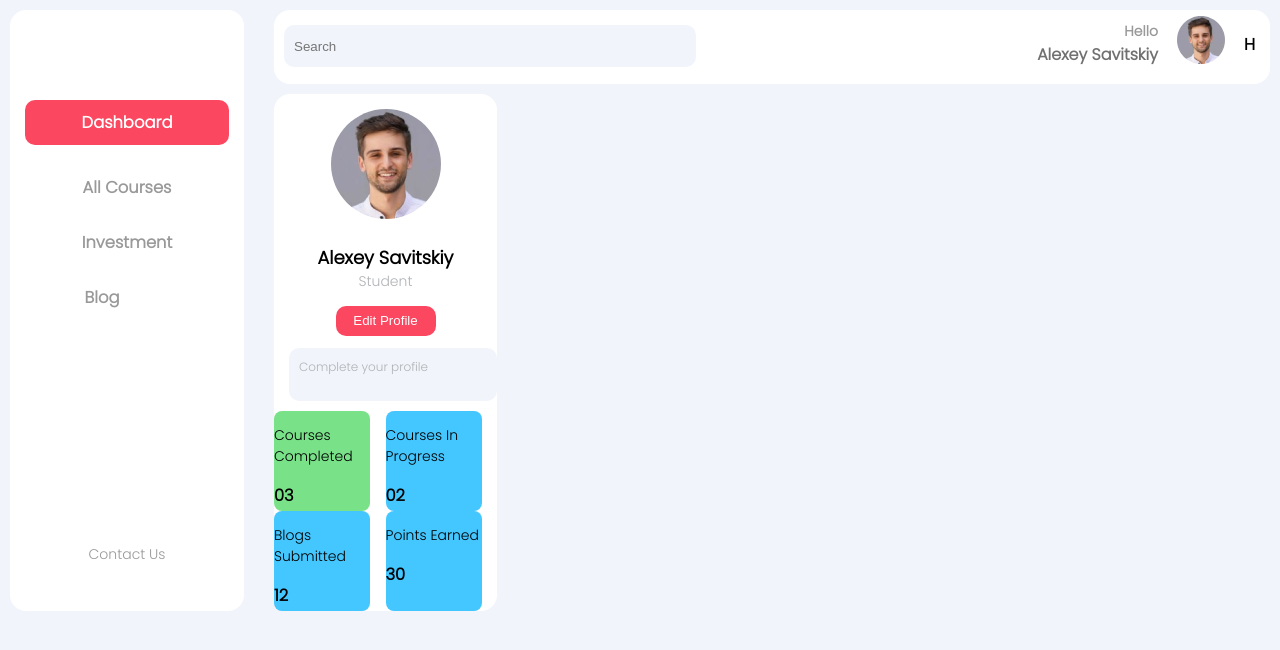
Repository: Anuruddha00/dashboard-design
Page: /
An editor plug-in stored every save of this project. The page is shown before and after the next save, followed by the edit.
The browser window is 1280 px wide. The pictures show the whole page.
The project was rebuilt for these pictures with package versions that can differ from the ones it lists, and the page was loaded fresh each time.

Above is the page before, as saved 2021-05-07 14:00:48.

After the next save:
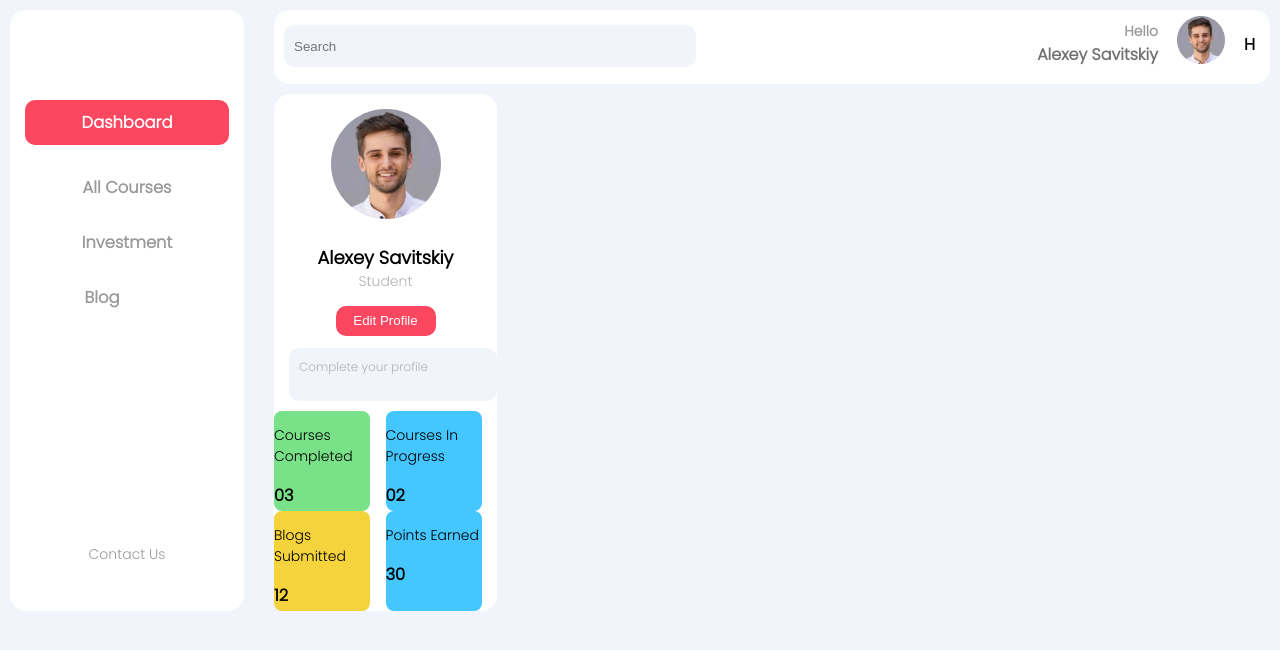
Saved 14 s later.
--- a/src/containers/Dashboard/Dashboard.scss
+++ b/src/containers/Dashboard/Dashboard.scss
@@ -185,7 +185,7 @@ body{
                                     height: 100px;
                                 }
                                 &Blogs{
-                                    background:  #44c6ff;
+                                    background:  #f4d33d;
                                     border-radius: 8px;
                                     width: 96px;
                                     height: 100px;
